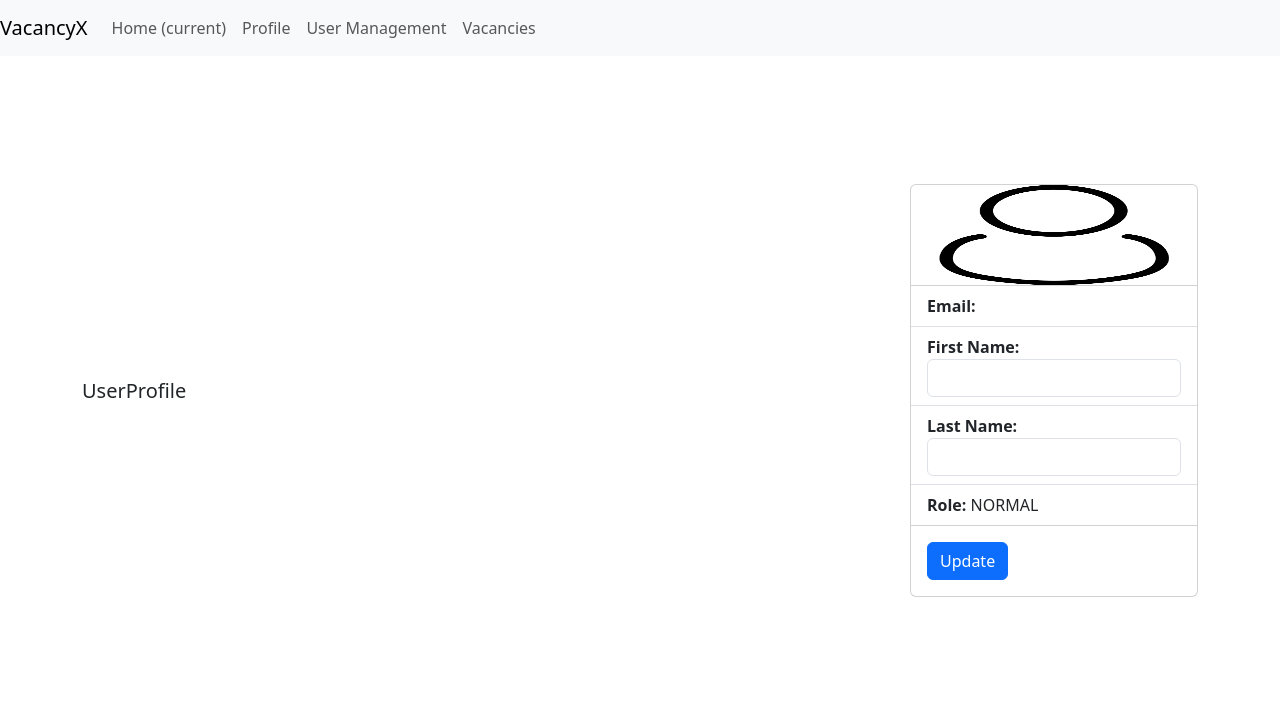
Repository: zipArk99/Vacancy-portal-serv
Page: http://localhost/VacancyPortal/updateuserdetail_page.jsp
The author's editor kept a copy of each file at every save. The page is drawn from the files as they stood at one save, then again after the next save.
The browser window is 1280 px wide. The pictures show the whole page.
The page is served by Tomcat 9. The template is opened directly, without the code that normally fills it, so the values that code supplies are empty.

Above is the page before, as saved 2024-08-21 05:18:59.

After the next save:
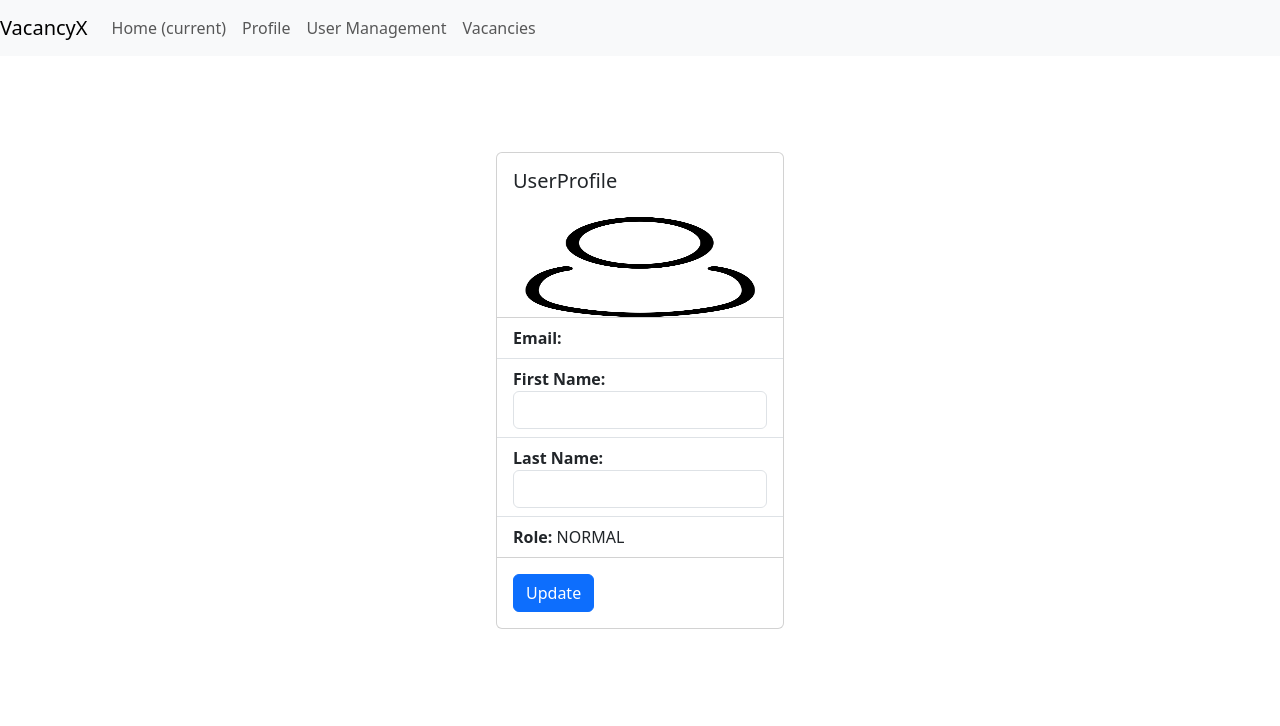
Saved 27 s later.
--- a/VacancyPortal/src/main/webapp/updateuserdetail_page.jsp
+++ b/VacancyPortal/src/main/webapp/updateuserdetail_page.jsp
@@ -25,10 +25,10 @@ body, html {
 <%@ include file="header.jsp" %>
 <form action="/VacancyPortal/user" method="PUT">
 	<div class="container">
-	<div class="card-body">
+		<div class="card" style="width: 18rem;">
+		<div class="card-body">
 				<h5 class="card-title">UserProfile</h5>
 			</div>
-		<div class="card" style="width: 18rem;">
 			<img src="user.png" class="card-img-top" alt="..." height="100px" width="20px" draggable="true">
 
 			<ul class="list-group list-group-flush">
